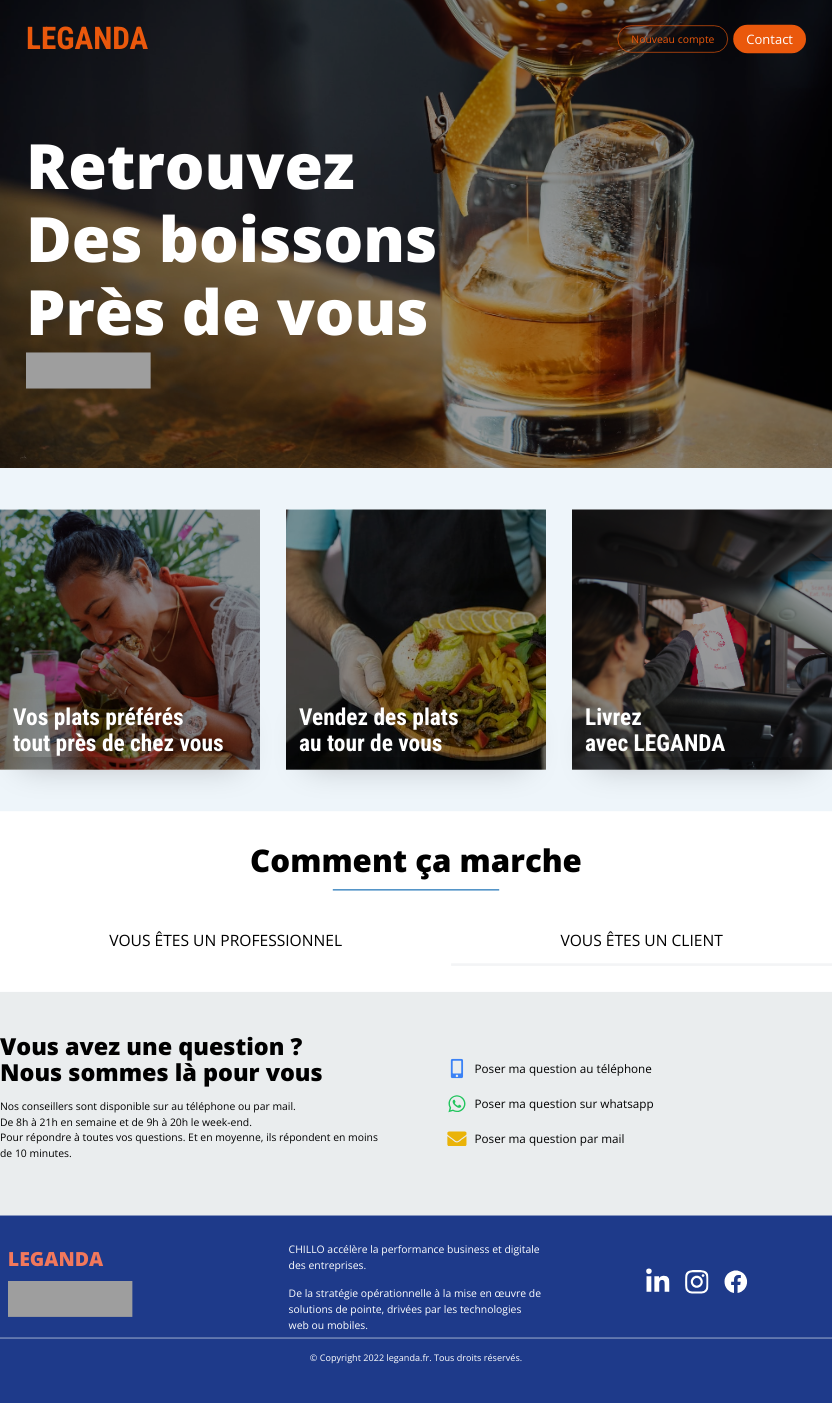
Repository: chillo-tech/website-leganda
Page: /
These files come from the project's save history. The page is drawn as it stood at one moment and after the next save; the edit follows.
The browser window is 1280 px wide. The pictures show the whole page, at 65% of full size.
Pictures or frames that could not be fetched are drawn as grey boxes. The project was rebuilt for these pictures with package versions that can differ from the ones it lists, and the page was loaded fresh each time. Some packages were replaced by stand-ins written for this rebuild. The framework's server and built-in components were replaced by stand-ins that run in the browser. Also part of the build but not shown: next.config.js, components/header/items/SearchBar.tsx.

Above is the page before, as saved 2023-02-09 14:10:28.

### pages/_document.tsx
import { Html, Head, Main, NextScript } from 'next/document'
import Footer from '../components/footer/Footer';

export default function Document() {
	return (
		<Html className="scroll-smooth">
			<Head>
        <link rel="preconnect" href="https://fonts.googleapis.com"/>
        <link rel="preconnect" href="https://fonts.gstatic.com"/>
        <link href="https://fonts.googleapis.com/css2?family=Open+Sans:ital,wght@0,300;0,800;1,800&family=Roboto&family=Roboto+Condensed:wght@700&display=swap" rel="stylesheet"/>
        <link rel="icon" href="/favicon.ico" />
			</Head>
			<body className='flex flex-col h-screen justify-between'>
				<Main />
				<NextScript />
				<Footer />
        <script defer type="text/javascript" src="https://maps.googleapis.com/maps/api/js?key=AIzaSyBoBBvzxlRlkbfYzZcHp8ALOwBk3YjfB-I&libraries=places" />
			</body>
		</Html>
	)
}

### styles/globals.css
@tailwind base;
@tailwind components;
@tailwind utilities;
body {
  font-family: 'Open Sans', 'Roboto', sans-serif;
}
.title {
  font-family: 'Roboto Condensed', sans-serif;
}
@layer base {
  [type="text"],
  [type="email"],
  [type="url"],
  [type="password"],
  [type="number"],
  [type="date"],
  [type="datetime-local"],
  [type="month"],
  [type="search"],
  [type="tel"],
  [type="time"],
  [type="week"],
  [multiple],
  textarea,
  select {
    @apply w-full border-gray-300 rounded-lg shadow-sm focus:border-blue-500 focus:ring-blue-500;
  }
  [type="checkbox"],
  [type="radio"] {
    @apply border-gray-300 rounded text-blue-600 focus:ring-blue-500;
  }
}

.bg-site-blue {
    background-color: #86aec0;
    color: #000000;
}

.bg-site-orange {
    background-color: #f6ac9f;
}

.color-site-blue {
   color: #86aec0;
}

.color-site-orange {
    color: #f2785c;
}

.home-page-article {
  min-height: 400px;
}

### context/search-context-provider.tsx
import { SearchParams } from '../types';
import { Context,createContext, useMemo, useReducer, useCallback } from 'react'
import SearchReducer from './SearchReducer';
import { Param } from '../types/Param';
import { INITIAL_STATE, UPDATE_SEARCH_CRITERIA } from '../utils';
import { SearchContextData } from '../types/SerchContextData';
type Props = {
  children: JSX.Element,
};
export const SearchContext = createContext<SearchContextData>({state: INITIAL_STATE});
function SearchContextProvider({children}: Props) {
  const [state, dispatch] = useReducer(SearchReducer, INITIAL_STATE);

  const update = useCallback(
    (data: Param) =>
      dispatch({
        type: UPDATE_SEARCH_CRITERIA,
        data
      }),
    [],
  );
  const value = useMemo(
    () => ({state, update }),
    [state,update],
  );
  return (
    <SearchContext.Provider value={value}>
      {children}
    </SearchContext.Provider>
  )
}

export default SearchContextProvider;

### components/footer/Footer.tsx

import React from 'react';
import { FaFacebook, FaInstagram, FaLinkedinIn } from 'react-icons/fa';
import Link from 'next/link'
import { cn, STORES } from '../../utils';
import Image from 'next/image';
function Footer() {
	return (
			<footer className="bg bg-blue-900 text-white pb-10 pt-10 font-extralight flex flex-col" id="a-propos-de-nous">
				<div className="container mx-auto px-3">
					<div className="grid grid-cols-1 gap-10 md:grid-cols-3 md:p-0 items-center">
						<div className="presentation">
              <Link href='/' className='mb-5 color-site-orange uppercase font-extrabold text-3xl'>LEGANDA
              </Link>
              <p className="flex py-4 items-center justify-center md:justify-start">
                {STORES.filter((item: any) => item.active).map((item: any, index: number) => (
                    <Link
                        href="#"
                        target="_blank"
                        key={`liens-${index}`}
                        className="block items-center py-2 w-48 h-14 relative">
                      <Image
                          fill={true}
                          src={`/images/${item.image}`}
                          alt={item?.label}
                      />
                    </Link>
                ))}
              </p>
						</div>
						<div className="presentation">
							<p className='mb-5'>CHILLO accélère la performance business et digitale des entreprises. </p>
							<p>De la stratégie opérationnelle
								à la mise en œuvre de solutions de pointe, drivées par les technologies web ou mobiles.</p>
						</div>
						<div className="presentation flex flex-col items-center justify-center">
							<div className='px-10 flex items-center justify-between text-center'>
								<FaLinkedinIn color='text-slate-300' className='px-3 text-6xl'/>
								<FaInstagram className='px-3 text-6xl'/>
								<FaFacebook className='px-3 text-6xl'/>
							</div>
							<div className='py-2'>

							</div>
						</div>
					</div>
				</div>
				<div className="copyright border-top-1 mt-2 font-light">
					<div className="container py-5 text-sm mx-auto text-center border-solid border-t border-slate-200">
						&copy; Copyright {(new Date()).getFullYear()} leganda.fr. Tous droits réservés.
					</div>
				</div>
			</footer>

	);
}

export default Footer;

### components/questions/Questions.tsx
import Link from 'next/link'
import React from 'react'
import { FaEnvelope, FaMobileAlt, FaWhatsapp } from 'react-icons/fa'

function Questions() {
  return (
    <section className='py-16 bg-app-light-green'>
        <div className="container grid md:grid-cols-2 md:gap-24 items-center px-3 md:px-0">
          <article>
            <h2 className='md:text-4xl text-3xl font-semibold text-black'>
              <p className='p-0 m-0'>Vous avez une question ?</p>
              <p className='p-0 m-0'>Nous sommes là pour vous</p>
            </h2>
            <div className='py-5'>
              <p className='p-0 m-0'>Nos conseillers sont disponible sur au téléphone ou par mail.</p>
              <p className='p-0 m-0'>De 8h à 21h en semaine et de 9h à 20h le week-end.</p>
              <p className='p-0 m-0'>Pour répondre à toutes vos questions. Et en moyenne, ils répondent en moins de 10 minutes.</p>
            </div>
          </article>
          <article>
              <Link href="tel:0033761705745" className='py-3 text-lg flex'>
                  <FaMobileAlt className='text-3xl text-blue-500 mr-3' /> Poser ma question au téléphone
              </Link>
              <Link href="whatsapp:0033761705745" className='py-3 text-lg flex'>
                  <FaWhatsapp className='text-3xl text-green-500 mr-3' /> Poser ma question sur whatsapp
              </Link>
              <Link href="mailto:armelle.leganda@gmail.com" className='py-3 text-lg flex'>
                  <FaEnvelope className='text-3xl text-yellow-500 mr-3' /> Poser ma question par mail
              </Link>
          </article>
        </div>
    </section>
  )
}

export default Questions

### components/header/Header.tsx
import { faPhone, faUser } from '@fortawesome/free-solid-svg-icons'
import { FontAwesomeIcon } from '@fortawesome/react-fontawesome'
import Link from 'next/link'
import React from 'react'
import SearchBar from './items/SearchBar'

function Header({withSearchBar = true}: {withSearchBar?: boolean}) {
  return (
    <header className="container py-4">
       <nav className='flex justify-between items-center'>
        <Link href="/" className='text-orange-600 uppercase title text-5xl'>LEGANDA
        </Link>
        {withSearchBar ? <SearchBar /> : null }
        <ul className='md:flex justify-between items-center hidden'>
          <li>
            <Link href="/" className='border border-orange-600 rounded-3xl px-5 py-2 text-orange-600 flex justify-between items-center'>
                <FontAwesomeIcon icon={faUser} className="hidden border-none text-xs mr-2" size='xs' />
                Nouveau compte
            </Link>
          </li>
          <li  className='ml-2'>
          <Link href="/" className='bg-orange-600 rounded-3xl text-xl px-5 font-medium py-2 flex text-white'>
              <FontAwesomeIcon icon={faPhone} className="hidden border-none mr-2"/>
              Contact
          </Link>
          </li>
        </ul>
      </nav>
    </header>
  )
}

export default Header

### utils/index.ts
export * from './clear-string';
export * from './DateFormat';
export * from './isValidPhoneNumber';
export * from './isValidEmail';
export * from './Endpoints';
export * from './Data';
export * from './request-options';

### components/tabs/index.tsx
import classNames from 'classnames';
import React, { useState } from 'react'
import SectionTitle from '../shared/SectionTitle';

function Tabs({items}: any) {
  const [activeTab, setActiveTab] = useState("tab-0");
  const handleClick = () => {

  }
  return (
    <section className='container px-3 md:px-0 py-10'>
      <SectionTitle text='Comment ça marche' />
      <ul className='flex justtify-center items-center'>
        {items.map((item: any, index: number) => (
          <li key={`tab-${index}`} className={
              classNames(
                'grow border-b-4 py-3',
                { 'bg-white border-white': activeTab === `tab-${index}` },
                { 'bg-white border-gray-100 bg-gray-100': activeTab !== `tab-${index}` }
                )
              }>
            <button id={`tab-${index}`} type='button' className='uppercase w-full py-2 text-2xl' onClick={handleClick}>{item.label}</button>
          </li>
        ))}
      </ul>
    </section>
  )
}

export default Tabs

### utils/how-it-works.ts
const HOW_IT_WORKS: any = [
  {
    "label": "Vous êtes un professionnel"
  },
  {
    "label": "Vous êtes un client"
  }
]

export {HOW_IT_WORKS}

### context/SearchReducer.ts
import { UPDATE_SEARCH_CRITERIA } from './../utils/Data';
import { Action } from './../types/Action';
import { SearchParams } from "../types";

function SearchReducer (state: SearchParams, action: Action){
  switch(action.type){
    case UPDATE_SEARCH_CRITERIA: {
        return {
          ...state,
          [action.data.key]: action.data.value
        }
    }
  }
  return state;
}

export default SearchReducer;

### utils/clear-string.ts
export const cleanString = (entry: string) => {
	return entry ? entry.replace(/^[\s\uFEFF\xA0]+|[\s\uFEFF\xA0]+$/g, '') : '';
}

### utils/DateFormat.ts
export const getFormattedDate = (entry: Date) => {
	const year = entry.getFullYear();
	const month = `0${entry.getMonth() + 1}`.slice(-2);
	const day = `0${entry.getDate()}`.slice(-2);
	return `${day}/${month}/${year}`;
};

export const getFormattedTime = (entry: Date) => {
	const hours = `0${entry.getHours()}`.slice(-2);
	const minutes = `0${entry.getMinutes()}`.slice(-2);
	return `${hours}:${minutes}`;
};

const getWeekNumber = (entry: Date) => {
	// Copy date so don't modify original
	const date = new Date(Date.UTC(entry.getFullYear(), entry.getMonth(), entry.getDate()));
	// Set to nearest Thursday: current date + 4 - current day number
	// Make Sunday's day number 7
	date.setUTCDate(date.getUTCDate() + 4 - (date.getUTCDay() || 7));
	// Get first day of year
	const yearStart = new Date(Date.UTC(date.getUTCFullYear(), 0, 1));
	// Calculate full weeks to nearest Thursday
	return Math.ceil((((Number(date) - Number(yearStart)) / 86400000) + 1) / 7);
	// Return array of year and week number

}

export const getDayAndMonthLabel = (entry: Date) => {
	const days = ['Dimanche', 'Lundi', 'Mardi', 'Mercredi', 'Jeudi', 'Vendredi', 'Samedi'];
	const months = ["Jan.", "Fev.", "Mars", "Avr.", "MaI", "Juin",
		"Jul.", "Août", "Sep.", "Oct.", "Nov.", "Dec."
	];
	return [days[entry.getDay()], months[entry.getMonth()]];
}

export const getDisplayedDate = (entry: string = "") => {
	if (!entry.trim().length) {
		return entry;
	}
	const adWeekNo = getWeekNumber(new Date(entry));
	const todayWeekNo = getWeekNumber(new Date());
	if ((adWeekNo - todayWeekNo) > 1) {
		const [dayOfDate, month, year] = getFormattedDate(new Date(entry)).split('/');
		const [dayOfWeekLabel, monthLabel] = getDayAndMonthLabel(new Date(entry));
		return `${dayOfWeekLabel}, ${dayOfDate} ${monthLabel}`;
	} else {
		const [dayOfWeekLabel] = getDayAndMonthLabel(new Date(entry));
		return dayOfWeekLabel;
	}
};

### utils/isValidPhoneNumber.ts
export const isValidPhoneNumber = (value: string) => {
	const PHONE_REGEXP = /^0[6|7]\d{8}$/
	return PHONE_REGEXP.test(value);
}

### utils/isValidEmail.ts
export const isValidEmail = (value: string) => {
	const EMAIL_REGEXP = /^\S+@\S+\.\S+$/;
	return value.trim().length ? EMAIL_REGEXP.test(value) : true;
}

### utils/Endpoints.ts
export const LOCAL_DNS = 'http://192.168.111.244:9090';//verifier ipconfig avant d'exécuter
export const PROD_DNS = "https://api.leganda.chillo.fr";
export const IMAGES_URL = `${PROD_DNS}/assets`;
export const BACKOFFICE_URL = `${PROD_DNS}/api/v1`;
export const ADS_ENDPOINT = "ad";
export const FAVORITE_ENDPOINT = "favorite";
export const ACCOUNT_ENDPOINT = "account";
export const ADDRESS_ENDPOINT = "address";
export const CATEGORY_ENDPOINT = "category";
export const GOOGLE_PACES_API_BASE_URL = 'https://maps.googleapis.com/maps/api/place';
export const GOOGLE_PACES_API_KEY = 'AIzaSyBoBBvzxlRlkbfYzZcHp8ALOwBk3YjfB-I';
export const MAP_ZOOM = 10;
export const GOOGLE_PACES_CENTER_COORDINATES = {lat: 48.117266,lng: -1.677793};

### utils/Data.ts
import {EMAIL, PHONE} from "./providers";
export const CATEGORY_BGCOLORS = [ "#BCA1F2", "#BCDDE4", "#CFEACB", "#F4E169"];
export const PLUS_FAVORITES_UPDATED = "Super cette annonce a été ajoutée à vos favoris";
export const REMOVE_FAVORITES_UPDATED = "Cette annonce a été retirée de vos favoris";
export const AUTHENTICATED_USER = "authenticatedUser";
export const MAPBOX_ACCESSTOKEN = "pk.eyJ1IjoiYWNoaWxsZW1ib3VndWVuZyIsImEiOiJja3Zvd3EzcmswaThkMnZrZ25iYmtveDBhIn0.pDR7pKL18d3iz5NoaRmWYg";
export const RESET_AD = "RESET_AD";
export const DELETE_KEY = "DELETE_KEY";
export const SET_NUMBER_OF_CHILDREN = "SET_NUMBER_OF_CHILDREN";
export const SET_ADS = "SET_ADS";
export const SET_CATS = "SET_CATS";
export const SET_CAT = "SET_CAT";
export const SET_AD = "SET_AD";
export const SET_SELECTED_ITEM_ID = "SET_SELECTED_ITEM_ID";
export const SET_STEP_INDEX = "SET_STEP_INDEX";
export const UPDATE_AD = "UPDATE_AD";
export const UPDATE_SEARCH_CRITERIA = "UPDATE_SEARCH_CRITERIA";
export const UPDATE_USER_INFOS = "UPDATE_USER_INFOS";
export const USER_TOKEN = "USER_TOKEN";
export const SIGN_IN = 'SIGN_IN';
export const SIGN_OUT = 'SIGN_OUT';
export const SIGN_UP = 'SIGN_UP';
export const RECOMMEND_TEXT = "Bonjour, j'ai découvert cette application qui a de belles annonces. Je te la recommande";
export const RESTORE_TOKEN = "RESTORE_TOKEN";
export const AD_PLACEHOLDER = ["Taro du dimanche", "20kg à destination de Yaoundé", "Carton de Guinness", "Stage de developpeur"];
export const STORES = [
	{
		image: 'google-app-store-badge.svg',
		active: true,
		path: '#',
		label: 'LEGANDA sur PLAY STORE'
	},
	{
		image: 'apple-app-store-badge.svg',
		active: false,
		path: '#',
		label: 'LEGANDA sur APPLE STORE'
	}
]
export const HEADERS_ITEMS = [
	{
		image: '/images/food.jpeg',
		active: true,
		label: 'Des mets'
	},
	{
		image: '/images/drinks.jpeg',
		active: false,
		label: 'Des boissons'
	},
	{
		image: '/images/spices.jpeg',
		active: false,
		label: 'Des épices'
	},
	{
		image: '/images/service.jpeg',
		active: false,
		label: 'Des services'
	}
]
export const INITIAL_STATE = {
		address: {city: ''}
}

export const HELP_LINK = {
	whatsapp: `whatsapp://send?text=&phone=${PHONE}`,
	sms: `sms:${PHONE}`,
	mail: `mailto:${EMAIL}`,
	phone: `tel:${PHONE}`
}

export const SHARE_LINK = {
	whatsapp: `whatsapp://send?text=`,
	sms: `sms:body=`,
	mail: `mailto:${EMAIL}`,
	phone: `tel:${PHONE}`
}

export const MORESCREEN_DATA = [
	{
		id: 'recommendations',
		title: "Recommandations",
		items: [
			{
				id: '587',
				icon: 'thumbs-up',
				name: 'sms',
				action: 'recommend',
				title: 'Recommandez notre application',
			},
			{
				id: '588',
				icon: 'facebook',
				name: 'facebook',
				action: 'recommend',
				title: 'Aimez notre page facebook',
			},
			{
				id: '589',
				icon: 'thumbs-up',
				name: 'like',
				action: 'recommend',
				title: 'Notez nous sur le store',
			}
		]
	},
	{
		id: 'assistance',
		title: "assistance",
		items: [
			{
				id: '386',
				icon: 'whatsapp',
				name: 'whatsapp',
				action: 'help',
				title: 'Posez votre question via whatsapp',
			},
			{
				id: '387',
				icon: 'sms',
				name: 'sms',
				action: 'help',
				title: 'Posez votre question  par sms',
			},
			{
				id: '389',
				name: 'mail',
				action: 'help',
				icon: 'envelope',
				title: 'Envoyez nous un mail',
			},
			{
				id: '388',
				icon: 'phone-alt',
				name: 'phone',
				action: 'help',
				title: 'Appelez nous',
			}
		]
	}
]

export const loaderProp =({ src }: {src: string}) => {
  console.log('====================================');
  console.log(src);
  console.log('====================================');
  return src;
}
export const cn = (...classes: string[]) =>{
  return classes.filter(Boolean).join(' ')
}

### utils/request-options.ts
export const getHeaders = () => ({
	'X-Requested-With': 'XMLHttpRequest',
	'Content-Type': 'application/x-www-form-urlencode',
	Accept: "application/json"
});

### components/shared/SectionTitle.tsx
import React from 'react'

function SectionTitle( {text, underline = true}: {underline?: boolean, text: string}) {
  return (
    <h2 className="flex flex-col items-center justify-center md:mb-10">
      <span className='px-10 py-3 text-center font-bold text-3xl md:text-5xl'>
        {text}
      </span>
      { underline ? (<span className='border-b-2 border-app-blue px-10 w-64 mt-2'/>) : null }
    </h2>
  )
}

export default SectionTitle

### utils/providers.ts


export const PHONE = "+33761705745";
export const EMAIL = "achille.mbougueng@yahoo.fr";

export const OPENCAGE_GEOCODE_API = "https://api.opencagedata.com/geocode/v1/json";
export const OPENCAGE_API_KEY = "2dd86530d37b4cf3a321d24e6c624a40";

export const MAPBOX_API_KEY = "pk.eyJ1IjoiYWNoaWxsZW1ib3VndWVuZyIsImEiOiJja3Zvd3EzcmswaThkMnZrZ25iYmtveDBhIn0.pDR7pKL18d3iz5NoaRmWYg";
export const MAPBOX_PLACES = "https://api.mapbox.com/geocoding/v5/mapbox.places";

Loaded but not shown: pages/_app.tsx (common file); tailwind.config.js (38 lines, source omitted); pages/index.tsx (146 lines, source omitted)

After the next save:
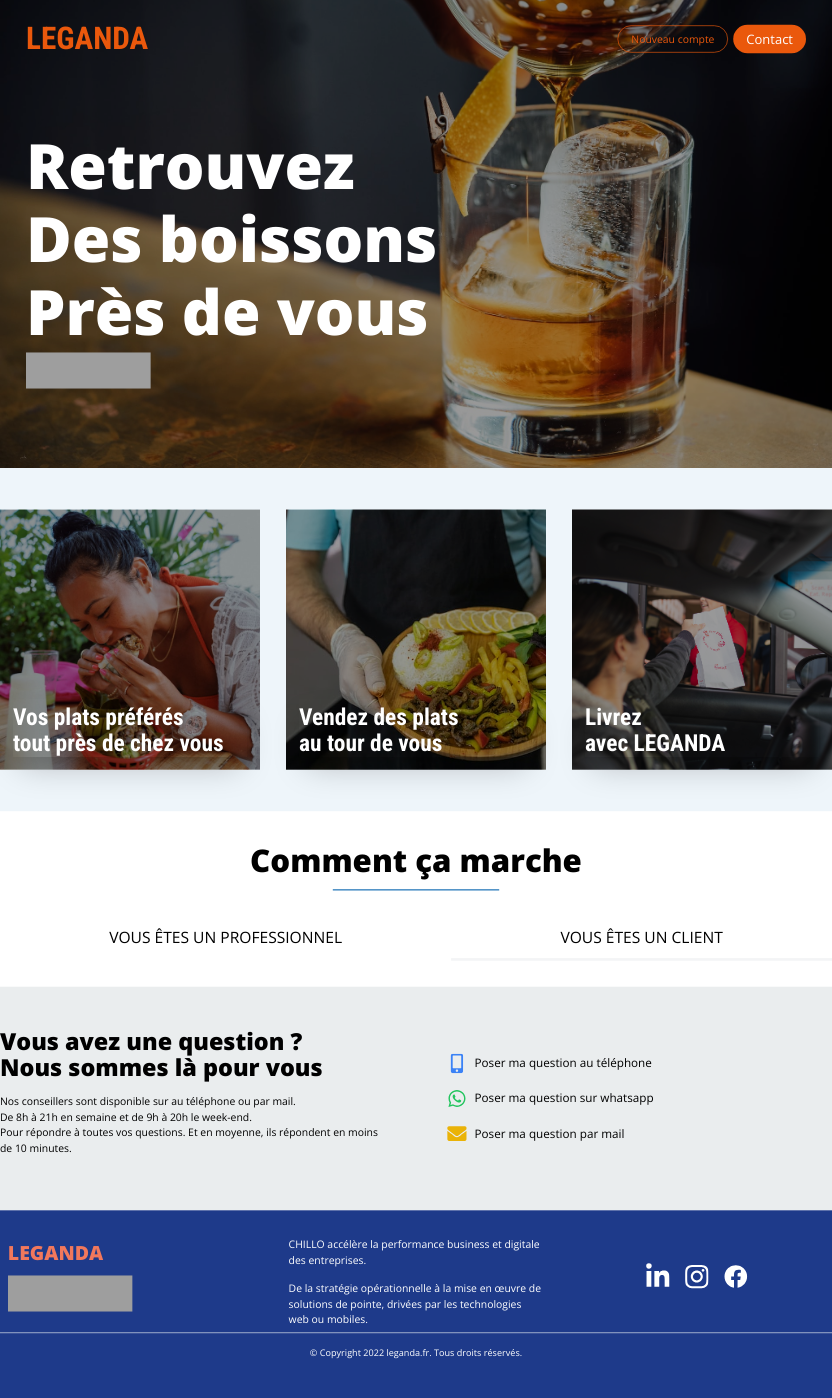
Saved 4 s later.
--- a/components/tabs/index.tsx
+++ b/components/tabs/index.tsx
@@ -14,7 +14,7 @@
         {items.map((item: any, index: number) => (
           <li key={`tab-${index}`} className={
               classNames(
-                'grow border-b-4 py-3',
+                'grow border-b-4 py-2',
                 { 'bg-white border-white': activeTab === `tab-${index}` },
                 { 'bg-white border-gray-100 bg-gray-100': activeTab !== `tab-${index}` }
                 )
